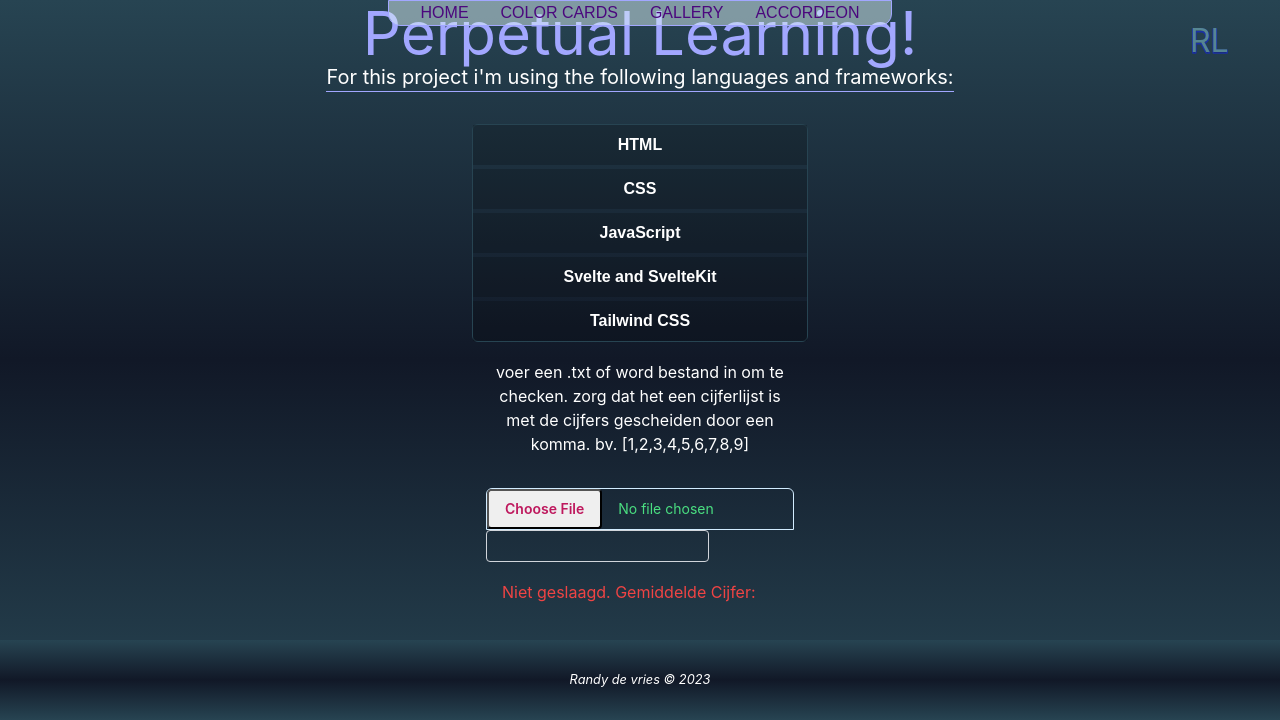
Repository: Freezler/svelte-app
Page: /links
These files come from the project's save history. The page is drawn as it stood at one moment and after the next save; the edit follows.
The browser window is 1280 px wide. The pictures show the whole page.
The project was rebuilt for these pictures with package versions that can differ from the ones it lists, and the page was loaded fresh each time. The framework's server and built-in components were replaced by stand-ins that run in the browser. Also part of the build but not shown: svelte.config.js, vite.config.js.

Above is the page before, as saved 2023-11-12 12:35:31.

### src/app.html
<!DOCTYPE html>
<html lang="en">
	<head>
		<meta charset="utf-8" />
		<link rel="icon" href="%sveltekit.assets%/favicon.png" />
		<meta name="viewport" content="width=device-width" />
		%sveltekit.head%
		<title>SvelteKitProject</title>
	</head>
	<body data-sveltekit-preload-data="hover">
		<div style="display: contents">%sveltekit.body%</div>
	</body>
</html>

### src/routes/+layout.svelte
<script>
  import '../app.css';
  import Navbar from '../components/Navbar.svelte';
  import Footer from '../components/Footer.svelte';
</script>

<html lang="en" class="select-none scroll-smooth">
  <head>
    <!-- Add any necessary head content here -->
  </head>
  <body class=" flex flex-col h-full overflow-scroll">
    <Navbar />
    <main>
      <slot />
    </main>
    <Footer />
  </body>
</html>

### src/routes/links/+page.svelte
<script>
	import { onDestroy, onMount } from 'svelte';
	onMount(() => console.log('Mounted Links page'));
	onDestroy(() => console.log('Unmounted Links page'));
	import CijferlijstInput from '../../components/CijferlijstInput.svelte';
	import Accordion from '../../components/Accordion.svelte';

</script>

<main
	class=" z-100 flex h-screen scroll-smooth justify-center items-center w-screen flex-col bg-gradient-to-b from-astral-900 via-gray-900 to-astral-900 overflow-scroll pb-24"
>
<div class="flex flex-col w-[100%] items-center justify-center font-sans h-screen ">
	<h1 class="animate-slow-slide-down text-3xl sm:text-5xl md:text-6xl xl:8xl text-purpleone-300  ">Perpetual Learning!</h1>
	<p class="animate-slow-slide-up text-xs sm:text-[16px] md:text-xl xl:2xl text-white border-b-[1px]  border-purpleone-300 text-purpleone600">For this project i'm using the following languages and frameworks:</p>
	<Accordion />
</div>
<div class="flex flex-col w-[100%] items-center justify-center"></div>
		<CijferlijstInput />
</main>

### src/app.css
@import 'tailwindcss/base';
@import 'tailwindcss/components';
@import 'tailwindcss/utilities';

/* Your custom CSS goes here */
body {
	scroll-behavior: smooth;
}

body * {
	-moz-scrollbar-width: none;
	scrollbar-width: none;
	-ms-overflow-style: none;
}

### src/components/Navbar.svelte
<script>
	let showNav = false;

	const toggleNav = () => {
		showNav = !showNav;
		const body = document.body;

		if (showNav) {
			body.classList.add('overflow-hidden');
		} else {
			body.classList.remove('overflow-hidden');
		}
	};
</script>

<nav
	class=" fixed bottom-0 z-40 flex h-20 w-[100%] select-none items-center justify-between text-center antialiased focus:select-none md:right-0 md:top-0 md:justify-center"
>
	<a href="/" class="ml-3 flex h-16 select-none items-center focus:select-none "
		><svg
			class="flex h-20 animate-pulse md:right-0 md:absolute"
			version="1.1"
			xmlns="http://www.w3.org/2000/svg"
			width="100"
			height="100"
			viewBox="0 0 100 100"
		>
			<!-- Outline -->
			<text
				class="select-none focus:select-none shadow-xl animate-slow-slide-down "
				x="0"
				y="66"
				font-size="40"
				fill="red3"
				stroke="#12ff"
				stroke-width="2"
				stroke-linejoin="round">RL</text
			>
			<!-- Text -->
			<text class="animate-slow-slide-in" x="0" y="65" font-size="40" fill="#87ccd9">RL</text>
		</svg></a
	>

	<!-- Hamburger voorS  mobile/kleine schermen -->
	<button
		class=" mr-8 select-none text-white focus:select-none active:select-none md:hidden"
		on:click={toggleNav}
	>
		<div class="relative flex h-6 w-6 items-center">
			<span
				class={' absolute block h-[2px] w-5 origin-center bg-blueone-50 transition-transform'}
				class:rotate-45={showNav}
				class:top-2={!showNav}
			></span>
			<span
				class={'z-2000 absolute block h-[2px] w-5 origin-center bg-white blur-none transition-transform'}
				class:-rotate-45={showNav}
				class:bottom-2={!showNav}
			></span>
			<span
				class={'z-2000 absolute block h-[2px] w-5 origin-center bg-white blur-none transition-transform'}
				class:-rotate-45={showNav}
				class:bottom-2={!showNav}
			></span>
		</div>
	</button>

	<div
		class={`absolute top-0 z-50	hidden  -[80px] select-none rounded-b-xl text-purplethree-950  font-display uppercase  items-center justify-center gap-8 px-8 border-[1px] border-purpleone-300   bg-astral-100 bg-opacity-50  bg-cover bg-center    md:flex ${
			showNav ? 'hidden' : 'block'
		}`}
	>
	    <a href="/" class="hover:text-cyan-200 hover:bg-slate-500 ">Home</a>
		<a href="/blogs" class="hover:text-cyan-200 hover:bg-slate-500  ">Color Cards</a>
		<a href="/about" class="hover:text-cyan-200 hover:bg-slate-500">Gallery</a>
		<a href="/links" class="hover:text-cyan-200 hover:bg-slate-500">Accordeon</a>
	</div>
</nav>

<!-- Conditional Mobile Menu Overlay -->
{#if showNav}
	<div
		class=" fixed inset-0 z-50 flex animate-slow-fade-in select-none items-center justify-center bg-gray-800 bg-opacity-40 backdrop-blur-[2px]"
		on:click={toggleNav}
		on:keypress={toggleNav}
		role="button"
		tabindex="0"
	>
		<div
			class="absulute flex select-none flex-col items-center text-2xl text-gray-200 opacity-100 transition-opacity duration-100 ease-in-out"
		>
			<a href="/" tabindex="0" class="text-cyan-200"
				><svg xmlns="http://www.w3.org/2000/svg" width="80" height="80" viewBox="0 0 80 80">
					<!-- Outline -->
					<text
						x="16"
						y="50"
						font-family="Inter"
						font-size="40"
						fill="cyan"
						stroke="#dfe2ff"
						stroke-width="6"
						stroke-linejoin="round">RL</text
					>
					<!-- Text -->
					<text x="16" y="50" font-family="Inter" font-size="40" fill="indigo">RL</text>
				</svg>
				<hr class="mb-6 w-full border-bluetwo-400" /></a
			>
			<a href="/projects" tabindex="0" class="text-[#b910377e]">under construction..</a>
			<a href="/blogs" tabindex="0" class="text-[#dfe2ff]">Color Cards</a>
			<a href="/about" tabindex="0" class="text-[#dfe2ff]">Gallery</a>
			<a href="/links" tabindex="0" class="text-[#dfe2ff]">Accordeon</a>
		</div>
	</div>
{/if}

### src/components/Footer.svelte
<script>
</script>

<div class="bg-opacity-70 bg-gradient-to-b from-astral-900 via-gray-900 to-astral-900 bg-cover bg-center bg-no-repeat bg-blone-300  fixed w-screen bottom-0 h-20 flex items-center p-0 m-0">
  <div class="flex w-full items-center justify-around">
	<!-- GitHub icon -->
	<small class="text-white italic">Randy de vries &copy; {new Date().getFullYear()}</small>
  </div>
</div>

### src/components/CijferlijstInput.svelte
<!-- FileInput.svelte -->
<script>
  import { onMount } from 'svelte';

  export let fileContent = '';
  export let isSuccess = false;
  let gemiddeldeCijfer = '';

  function calculateGemiddeldeCijfer(content) {
  const cijfers = content
    .split('\n')
    .filter(line => line.trim() !== '')
    .map(Number);

  console.log('cijfers:', cijfers);

  const totaal = cijfers.reduce((acc, curr) => acc + curr, 0);
  console.log('totaal:', totaal);

  const gemiddelde = totaal / cijfers.length;
  console.log('gemiddelde:', gemiddelde);

  return gemiddelde;
}

  function handleFileInput(event) {
	const file = event.target.files[0];

	if (file) {
	  file.text().then(content => {
		if (content.trim() !== '') {
		  fileContent = content;
		  isSuccess = true;
		  gemiddeldeCijfer = calculateGemiddeldeCijfer(fileContent);
		}
	  });
	}
  }


</script>
<div class="text-center text-white -translate-y-4 w-[300px]"><h3>voer een .txt of word bestand in om te checken.
	zorg dat het een cijferlijst is met de cijfers gescheiden door een komma. bv. [1,2,3,4,5,6,7,8,9]
</h3></div>
<div class="p-4 min-w-[340px]">
	<input
	  type="file"
	  accept=".txt, .doc, .docx"
	  on:change={handleFileInput}
	  class="border-[1px] border-blueone-100 valid:text-green-400 invalid:text-red-500 block w-full rounded-t-md text-sm text-slate-500 file:mr-4 file:py-2 file:px-4 file:rounded-[4px] file:border-1 file:text-sm file:font-semibold file:bg-astral-450 file:text-pink-700 hover:file:bg-greentwo-300"
	/>
	<textarea bind:value={fileContent} class="text-white h-[2rem] focus:outline-none resize-none w-[content] min-w-[content] bg-transparent border-[1px] select-none border-gray-300 rounded p-2"></textarea>

	{#if isSuccess}
	  <h3 class="w-[300px] text-green-500 mt-2 mx-auto px-3 py-1">Van harte gefeliciteerd, je bent geslaagd! Gemiddelde Cijfer: {gemiddeldeCijfer}</h3>
	{:else}
	  <h3 class="w-[300px] text-red-500 mt-2 mx-auto px-3 py-1">Niet geslaagd. Gemiddelde Cijfer: {gemiddeldeCijfer}</h3>
	{/if}
  </div>

### src/components/Accordion.svelte
<script>
	let panels = [
		{
			title: 'HTML',
			content:
				'HTML is the standard markup language for documents designed to be displayed in a web browser.'
		},
		{ title: 'CSS', content: 'CSS is used to define styles for your web pages' },
		{
			title: 'JavaScript',
			content: 'JavaScript is used to add interactivity to your web pages'
		},
		{
			title: 'Svelte and SvelteKit',
			content: 'Svelte and SvelteKit are both JavaScript frameworks'
		},
		{ title: 'Tailwind CSS', content: 'Tailwind CSS is a utility-first CSS framework' }
	];

	let expandedPanel = null;

	function togglePanel(panel) {
		if (expandedPanel === panel) {
			expandedPanel = null;
		} else {
			expandedPanel = panel;
		}
	}
</script>

<div class="bg-transparent animate-slow-slide-up z-60 wrapper max-w-[400px] mx-auto mt-[0] w-[80%] text-center rounded-sm p-8">
	<div class="flex flex-col space-y-1  rounded-md border-[1px] border-astral-900">
		{#each panels as panel}
			<!-- svelte-ignore a11y-no-static-element-interactions -->
			<div
				class="relative isolate animate-fast-fade-in overflow-hidden"
				on:click={() => togglePanel(panel)}
				on:keydown={() => togglePanel(panel)}
				aria-roledescription="accordion"
			>
				<div class="" aria-expanded={panel === expandedPanel}>
					<!-- svelte-ignore empty-block -->
					{#if panel === expandedPanel}{/if}
					<div
						class="relative isolate grid place-items-center bg-[rgba(0,0,0,0.2)] p-2 font-display font-bold text-white"
					>
						{panel.title}
					</div>
				</div>
				{#if expandedPanel === panel}
					<div
						class="max-w-[100%] z-20 animate-slow-fade-in bg-astral-900 bg-opacity-70 px-6 py-0"
					>
						<svg
							xmlns="http://www.w3.org/2000/svg"
							class="icon icon-tabler icon-tabler-chevron-up mx-auto animate-pulse"
							width="24"
							height="24"
							viewBox="0 0 24 24"
							stroke-width="1.5"
							stroke="white"
							fill="rgba(39, 68, 82, 100%)"
							stroke-linecap="round"
							stroke-linejoin="round"
						>
							<path stroke="none" d="M0 0h24v24H0z" fill="transparent" />
							<polyline points="6 15 12 9 18 15" />
						</svg>
						<p class="text-white pb-3">
							{panel.content}
						</p>
					</div>
				{/if}
			</div>
		{/each}
	</div>
</div>

### tailwind.config.js
/** @type {import('tailwindcss').Config} */
const plugin = require('tailwindcss/plugin');
export default {
	content: ['./src/**/*.{html,js,svelte,ts}'],
	theme: {
		extend: {

			animation: {
				btnPulse: ' btnPulse 1s infinite',
				'spin-slow': 'spin 3s linear infinite',
				'spin-fast': 'spin 1s linear infinite',
				'slow-fade-in': 'fade-in 0.7s ease-in-out',
				'fast-fade-in': 'fade-in 0.5s ease-in-out',
				'slow-fade-out': 'fade-out 0.5s ease-in-out',
				'fast-fade-out': 'fade-out 0.7s ease-in-out',
				'slow-slide-in': 'slide-in 0.6s ease-in-out',
				'fast-slide-in': 'slide-in 3s ease-in-out',
				'slow-slide-up': 'slide-up 0.6s cubic-bezier(0.215, 0.61, 0.355, 1)',
				'slow-slide-out': 'slide-out 0.6s ease-in-out',
				'fast-slide-out': 'slide-out 0.3s ease-in-out',
				'ani-translate-y': 'translate-y 5s ease-in-out',
				'fast-slide-up': 'slide-up 0.5s cubic-bezier(0.215, 0.61, 0.355, 1)',
				'slow-slide-down': 'slide-down 0.6s cubic-bezier(0.215, 0.61, 0.355, 1)',
				'burger-smooth': 'burger-smooth 2s ease-in-out',
			    'wave': 'wave .9s ease-in-out',
			},
			keyframes: {
				'fade-in': {
					'0%': { opacity: '0' },
					'100%': { opacity: '1' }
				},
				'fade-out': {
					'0%': { opacity: '1' },
					'100%': { opacity: '0' }
				},
				'slide-in': {
					'0%': { transform: 'translateX(-240px)' },
					'100%': { transform: 'translateX(0)' }
				},
				'slide-out': {
					'0%': { transform: 'translateX(0)' },
					'100%': { transform: 'translateX(-100%)' }
				},
				'translate-y': {
					'0%': { transform: 'translateY(0)' },
					'100%': { transform: 'translateY(-100%)' }
				},
				wave: {
					'0%': { transform: 'rotate(0deg)' },
					'25%': { transform: 'rotate(45deg)' },
					'50%': { transform: 'rotate(35deg)' },
					'100%': { transform: 'rotate-45deg)' }
				},
				'slide-up': {
					'0%': { transform: 'translateY(240px)' },
					'100%': { transform: 'translateY(0)' }
				},
				'slide-down': {
					'0%': { transform: 'translateY(-400px)' },
					'100%': { transform: 'translateY(0px)' }
				},
				'btnPulse': {
					'0%': { transform: 'scale(1))' },
					'50%': { transform: 'scale(0.9)' },
					'100%': { transform: 'scale(1)' }
				}
			},

			fontFamily: {
				sans: ['Inter', 'Arial', 'Helvetica', 'sans-serif'],
				serif: ['Georgia', 'serif'],
				mono: ['Menlo', 'Monaco', 'Courier New', 'monospace'],
				display: ['Oswald', 'sans-serif'],
				handwriting: ['Pacifico', 'cursive']
			},
			colors: {
				blueone: {
					50: '#e6f5ff',
					100: '#d2ecff',
					200: '#aedaff',
					300: '#7dbfff',
					400: '#4b94ff',
					500: '#2268ff',
					600: '#003bff',
					700: '#003fff',
					800: '#0035d7',
					900: '#0830a7',
					950: '#072383'
				},
				bluetwo: {
					50: '#f3f6fb',
					100: '#e4e9f5',
					200: '#d0daed',
					300: '#afc2e1',
					400: '#89a2d1',
					500: '#6c85c5',
					600: '#596db7',
					700: '#4e5da7',
					800: '#454e8a',
					900: '#3b436d',
					950: '#272b44'
				},
				bluethree: {
					50: '#f2f6fc',
					100: '#e3ebf6',
					200: '#cdddf0',
					300: '#aac6e6',
					400: '#81a8d9',
					500: '#638cce',
					600: '#4f73c1',
					700: '#4561b0',
					800: '#3d5190',
					900: '#2c395f',
					950: '#242c47'
				},
				astral: {
					50: '#f0fafb',
					100: '#d9f0f4',
					200: '#b8e2e9',
					300: '#87ccd9',
					400: '#4fadc1',
					500: '#328ea3',
					600: '#2d768d',
					700: '#2b6173',
					800: '#2a5160',
					900: '#274452',
					950: '#152c37'
				},
				greenone: {
					50: '#f5ffe5',
					100: '#e6ffc7',
					200: '#cdff96',
					300: '#9ffc41',
					400: '#8bf328',
					500: '#6cd909',
					600: '#50ae02',
					700: '#3e8407',
					800: '#34680c',
					900: '#2c580f',
					950: '#143102'
				},
				greentwo: {
					50: '#f1fcf5',
					100: '#dff9e9',
					200: '#c0f2d4',
					300: '#8fe6b2',
					400: '#56d289',
					500: '#30b768',
					600: '#26aa5d',
					700: '#1e7743',
					800: '#1d5e39',
					900: '#194e31',
					950: '#082b19'
				},
				greenthree: {
					50: '#f2f7f4',
					100: '#dfece3',
					200: '#c1d9ca',
					300: '#98bda8',
					400: '#6b9c82',
					500: '#518a6e',
					600: '#37644f',
					700: '#2c5040',
					800: '#254035',
					900: '#1f352b',
					950: '#101e18'
				},
				roseone: {
					50: '#fef1fa',
					100: '#fde6f7',
					200: '#feccf1',
					300: '#fea3e4',
					400: '#fc6ad0',
					500: '#f74bbf',
					600: '#e61c9a',
					700: '#c90d7d',
					800: '#a60e66',
					900: '#8a1158',
					950: '#550232'
				},
				purpleone: {
					50: '#edf0ff',
					100: '#dfe2ff',
					200: '#c5caff',
					300: '#a2a7ff',
					400: '#7f7cfd',
					500: '#6d5ef6',
					600: '#5e40eb',
					700: '#5d41d3',
					800: '#412ca7',
					900: '#382b84',
					950: '#22194d'
				},
				purpletwo: {
					50: '#fcf3ff',
					100: '#fae7ff',
					200: '#f3ceff',
					300: '#eea7ff',
					400: '#e473ff',
					500: '#d12ef6',
					600: '#bc1edb',
					700: '#9f15b6',
					800: '#841494',
					900: '#6f1679',
					950: '#490151'
				},
				purplethree: {
					50: '#faf5ff',
					100: '#f3e8ff',
					200: '#ead4ff',
					300: '#d9b3ff',
					400: '#c282fe',
					500: '#aa53f9',
					600: '#9530ed',
					700: '#801fd1',
					800: '#6d1faa',
					900: '#591a89',
					950: '#4b077e'
				},
				rosetwo: {
					50: '#fef1f8',
					100: '#fee5f3',
					200: '#ffcae8',
					300: '#ff9fd4',
					400: '#ff64b5',
					500: '#fe1f8a',
					600: '#ef1372',
					700: '#d00657',
					800: '#ac0848',
					900: '#8f0c3f',
					950: '#580021'
				},
				redone: {
					50: '#fff0f0',
					100: '#ffdede',
					200: '#ffc2c2',
					300: '#ff9898',
					400: '#ff5d5d',
					500: '#ff2b2b',
					600: '#f70808',
					700: '#d00505',
					800: '#ac0808',
					900: '#8e0e0e',
					950: '#4e0101'
				},
				redtwo: {
					50: '#fcf4f4',
					100: '#fae6e6',
					200: '#f7d1d1',
					300: '#f0b1b1',
					400: '#e58484',
					500: '#d75c5c',
					600: '#be3c3c',
					700: '#a33232',
					800: '#872d2d',
					900: '#712b2b',
					950: '#3d1212'
				},
				greyone: {
					50: '#f6f6f6',
					100: '#e7e7e7',
					200: '#d1d1d1',
					300: '#b0b0b0',
					400: '#888888',
					500: '#6d6d6d',
					600: '#5d5d5d',
					700: '#4f4f4f',
					800: '#454545',
					900: '#3d3d3d',
					950: '#050505'
				},
				greytwo: {
					50: '#f4f5fa',
					100: '#e7e9f2',
					200: '#d4d7e9',
					300: '#b6bcda',
					400: '#939bc7',
					500: '#797fb8',
					600: '#6769a9',
					700: '#5c5b9a',
					800: '#504e7f',
					900: '#444266',
					950: '#232232'
				}
			}
		},
		screens: {
			// default is oudere schermen erg klein!  -->
			xxxs: '360px', // modernere kleine schermen
			xxs: '480px', // Extra extra small screen size
			xs: '640px', // Extra small screen size
			sm: '768px', // Small screen size
			md: '1024px', // Medium screen size
			lg: '1280px', // Large screen size
			xl: '1440px', // Extra large screen size
			xxl: '1920px', // Extra extra large screen size
			xxxl: '3840px' // 4K screen size (3840px)
			// Je kunt meer schermformaten toevoegen indien nodig
		},

		fonts: {
			sans: ['Inter', 'Arial', 'Helvetica', 'sans-serif'],
			serif: ['Georgia', 'serif'],
			mono: ['Bebas Neue','Monaco', 'Courier New', 'monospace'],
			display: ['San-francisco', 'sans-serif'],
			handwriting: ['Pacifico', 'cursive']
		},
		textShadow: {
			sm: '0 1px 2px var(--tw-shadow-color)',
			DEFAULT: '0 2px 4px var(--tw-shadow-color)',
			lg: '0 8px 16px var(--tw-shadow-color)'
		}
	},
	plugins: [
		plugin(function ({ matchUtilities, theme }) {
			matchUtilities(
				{
					'text-shadow': (value) => ({
						textShadow: value
					})
				},
				{ values: theme('textShadow') }
			);
		})
	]
};

After the next save:
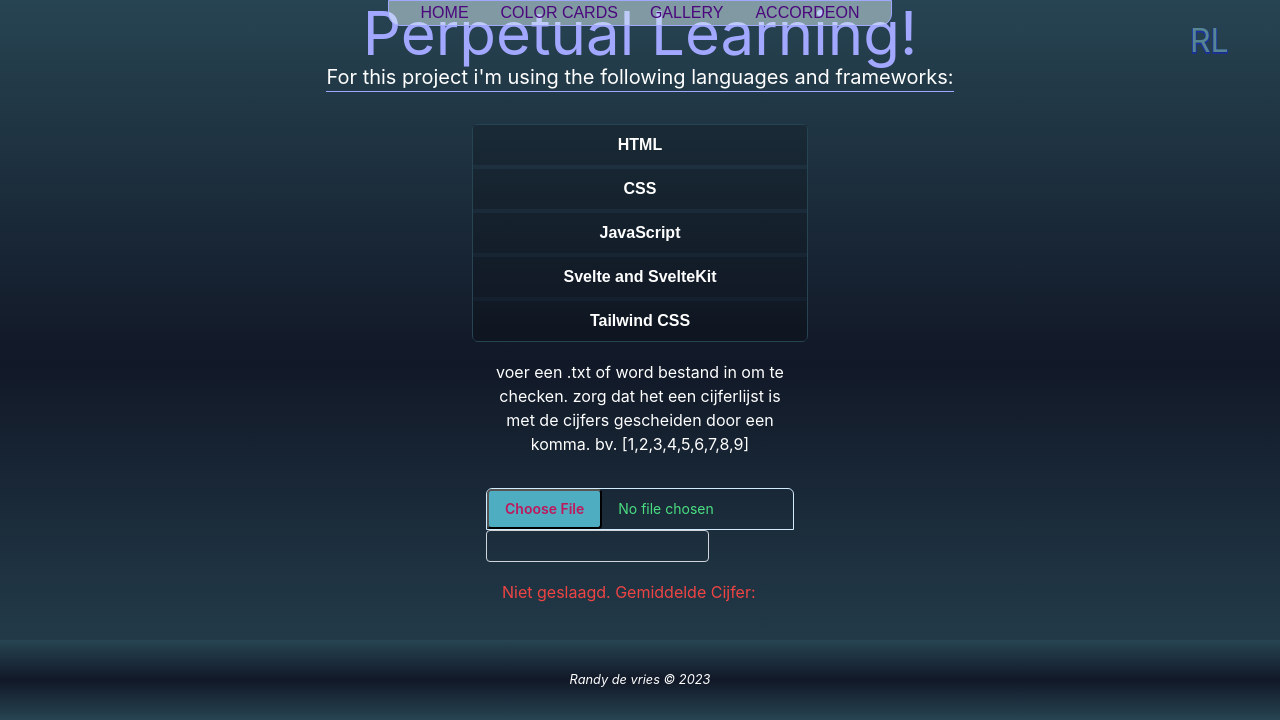
Saved 5 s later.
--- a/src/components/CijferlijstInput.svelte
+++ b/src/components/CijferlijstInput.svelte
@@ -47,7 +47,7 @@
 	  type="file"
 	  accept=".txt, .doc, .docx"
 	  on:change={handleFileInput}
-	  class="border-[1px] border-blueone-100 valid:text-green-400 invalid:text-red-500 block w-full rounded-t-md text-sm text-slate-500 file:mr-4 file:py-2 file:px-4 file:rounded-[4px] file:border-1 file:text-sm file:font-semibold file:bg-astral-450 file:text-pink-700 hover:file:bg-greentwo-300"
+	  class="border-[1px] border-blueone-100 valid:text-green-400 invalid:text-red-500 block w-full rounded-t-md text-sm text-slate-500 file:mr-4 file:py-2 file:px-4 file:rounded-[4px] file:border-1 file:text-sm file:font-semibold file:bg-astral-400 file:text-pink-700 hover:file:bg-greentwo-300"
 	/>
 	<textarea bind:value={fileContent} class="text-white h-[2rem] focus:outline-none resize-none w-[content] min-w-[content] bg-transparent border-[1px] select-none border-gray-300 rounded p-2"></textarea>
 
